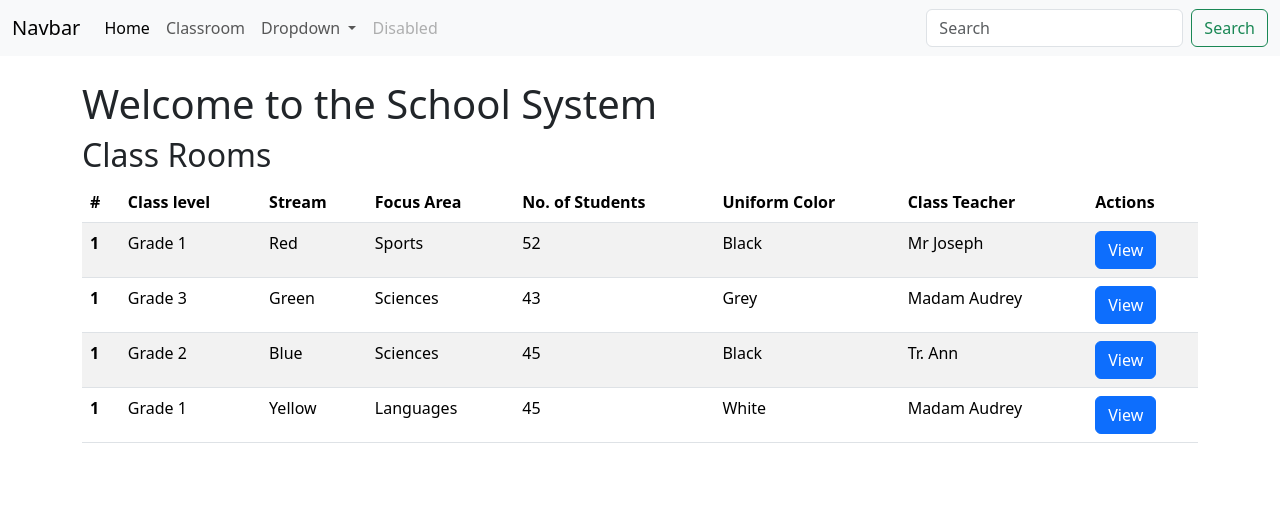
Repository: Mbote-Joseph/Django-Recap
Page: http://localhost/classroom
These files come from the project's save history. The page is drawn as it stood at one moment and after the next save; the edit follows.
The browser window is 1280 px wide. The pictures show the whole page.
The page is served by the project's application, run on Django 5.2 (manage.py). The page reads the database file committed with the project.

Above is the page before, as saved 2025-12-15 20:39:30.

After the next save:
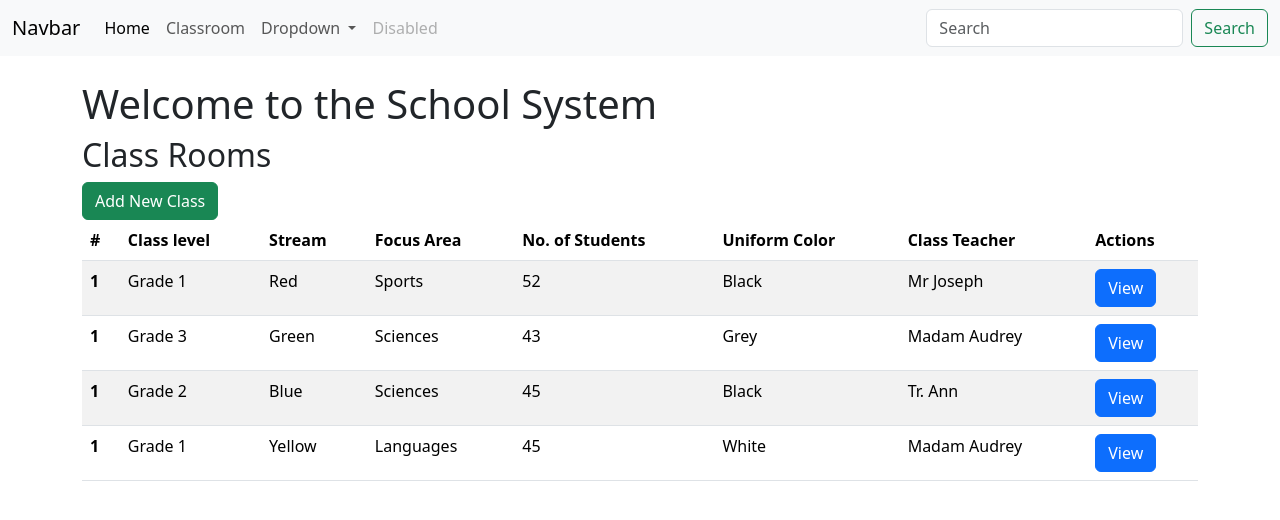
Saved 99 s later.
--- a/school/classroom/templates/classroom/classroom.html
+++ b/school/classroom/templates/classroom/classroom.html
@@ -7,6 +7,7 @@
     <h1> Welcome to the School System</h1>
     <h2> Class Rooms </h2>
 
+    <a href="{% url 'createclassroom' %}" class="btn btn-success"> Add New Class </a>
 
     <table class="table table-striped">
     <thead>
